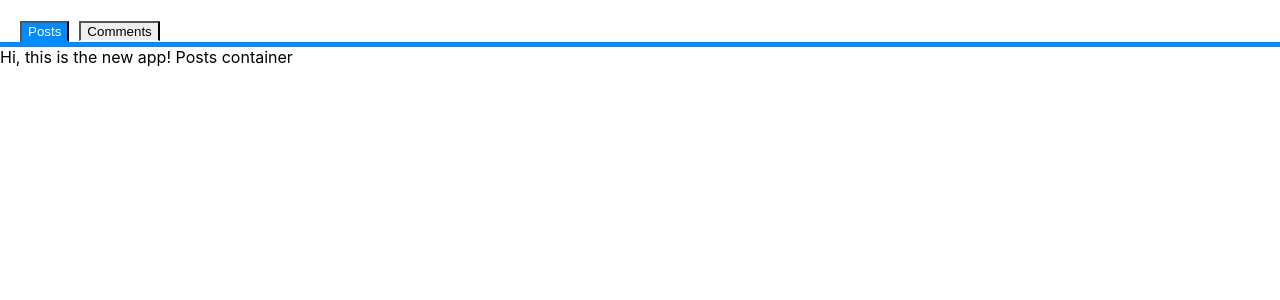
Repository: milosKomiRajkovic94/cleverbit-project
Page: /
These files come from the project's save history. The page is drawn as it stood at one moment and after the next save; the edit follows.
The browser window is 1280 px wide. The pictures show the whole page.
The project was rebuilt for these pictures with package versions that can differ from the ones it lists, and the page was loaded fresh each time. Also part of the build but not shown: src/utils/Loader.js.

Above is the page before, as saved 2020-10-13 20:12:01.

After the next save:
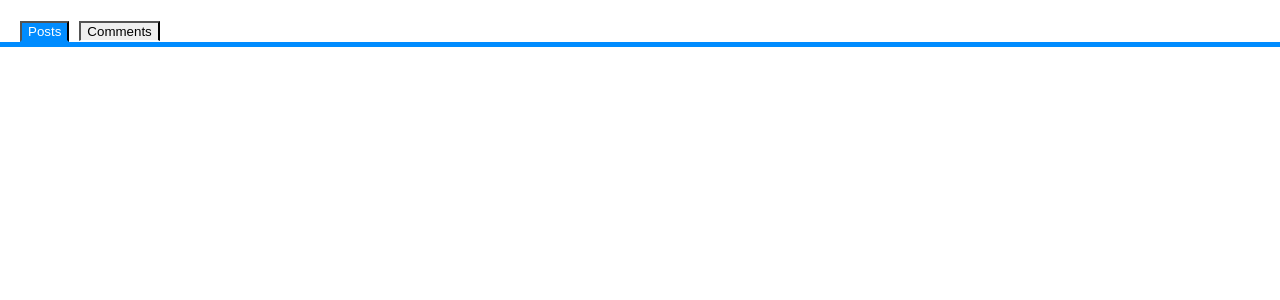
Saved 103 s later.
--- a/src/components/PostsComponents/PostsContainer.js
+++ b/src/components/PostsComponents/PostsContainer.js
@@ -1,9 +1,20 @@
 import React from "react";
+
+import { connect } from "react-redux";
 
 const PostsContainer = () => {
     return(
-        <div> Hi, this is the new app! Posts container </div>
+        <div>
+
+        </div>
     )
 }
 
+const mapStateToProps = (state) => {
+    return{
+        currentNumberOfLikes: state.postReducer,
+        currentNumberOfComments: state.postReducer,
+    }
+}
+
 export default PostsContainer;
